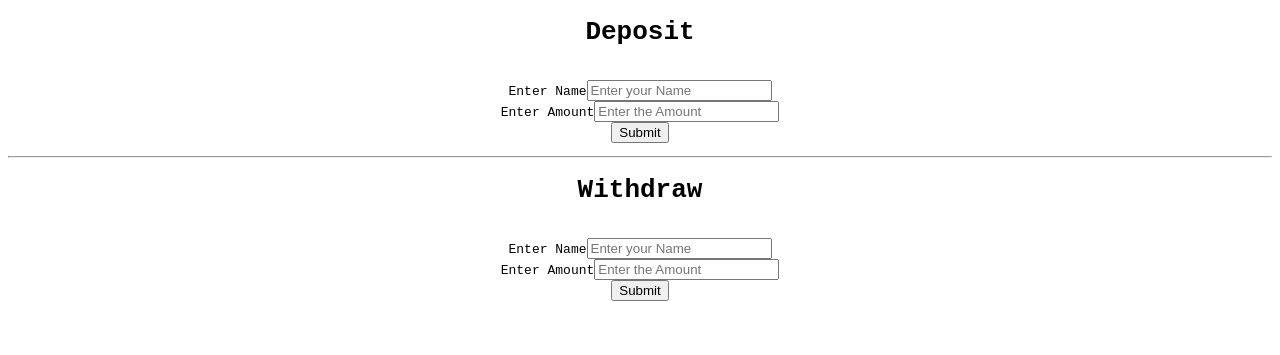
Repository: NarenD12/ProgramsFromTraining
Page: BankApp/WebContent/DepositWithdraw.html
The author's editor kept a copy of each file at every save. The page is drawn from the files as they stood at one save, then again after the next save.
The browser window is 1280 px wide. The pictures show the whole page.

Above is the page before, as saved 2023-09-21 17:50:07.

After the next save:
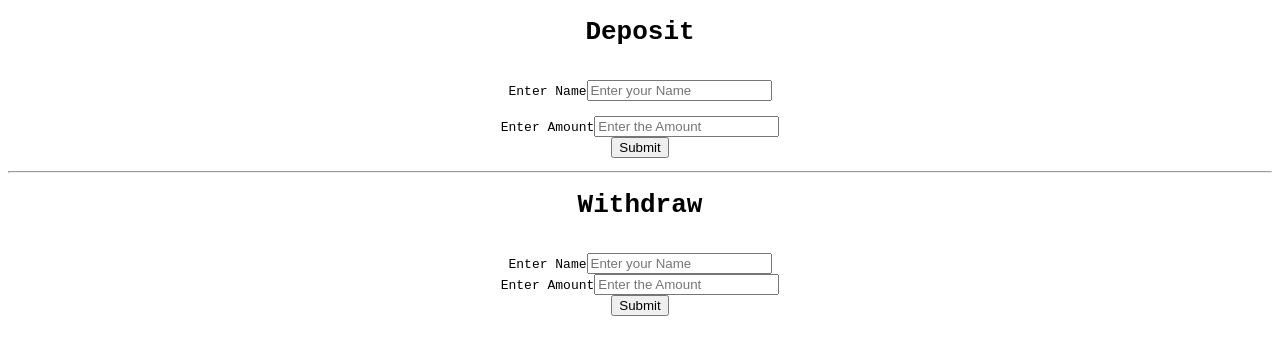
Saved 48 s later.
--- a/BankApp/WebContent/DepositWithdraw.html
+++ b/BankApp/WebContent/DepositWithdraw.html
@@ -11,7 +11,7 @@ body {text-align: center;}
 <form action="Deposit" method="post">
 <pre>
 <h1>Deposit</h1>
-Enter Name<input type="text" name="name" placeholder="Enter your Name">
+Enter Name<input type="text" name="name" placeholder="Enter your Name"></br>
 Enter Amount<input type="number" name="amount" placeholder="Enter the Amount">
 <input type="submit">
 </pre>
